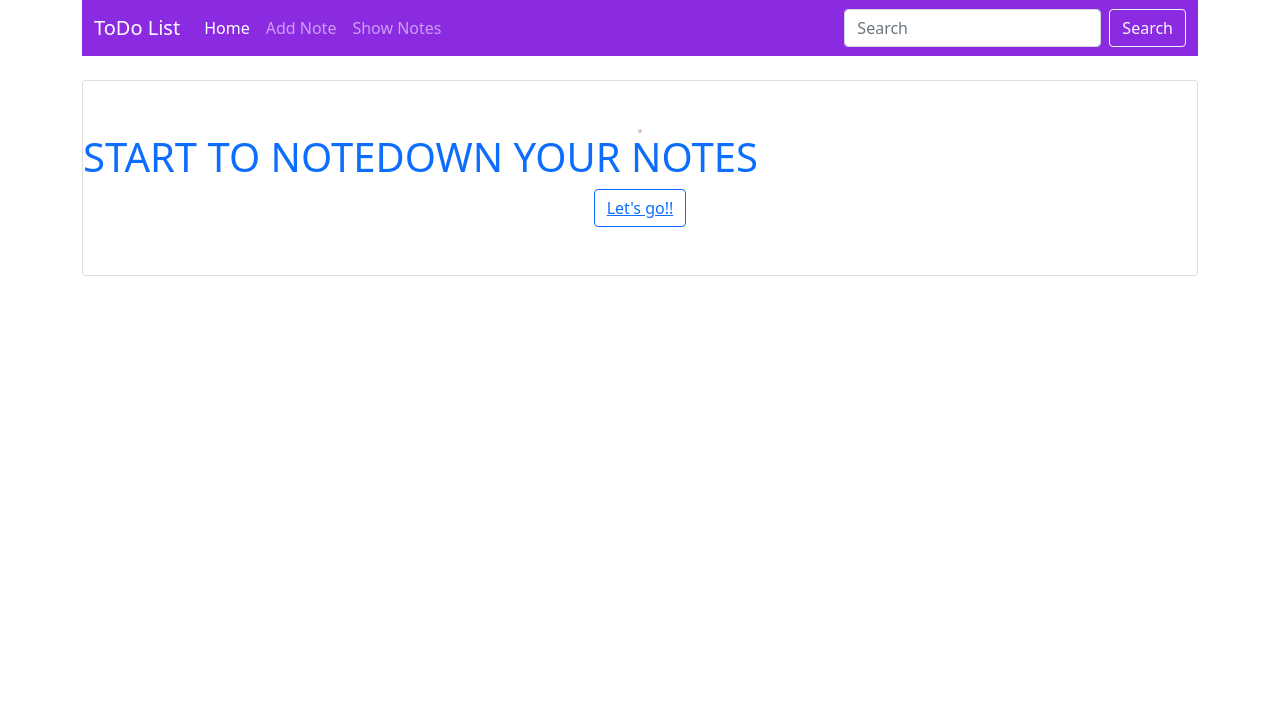
Repository: VishalSalvi17/Hibernate
Page: http://localhost/ToDoList/
The author's editor kept a copy of each file at every save. The page is drawn from the files as they stood at one save, then again after the next save.
The browser window is 1280 px wide. The pictures show the whole page.
Some web libraries are served in a nearby version. The page is served by Tomcat 9.

Above is the page before, as saved 2023-03-17 07:14:50.

After the next save:
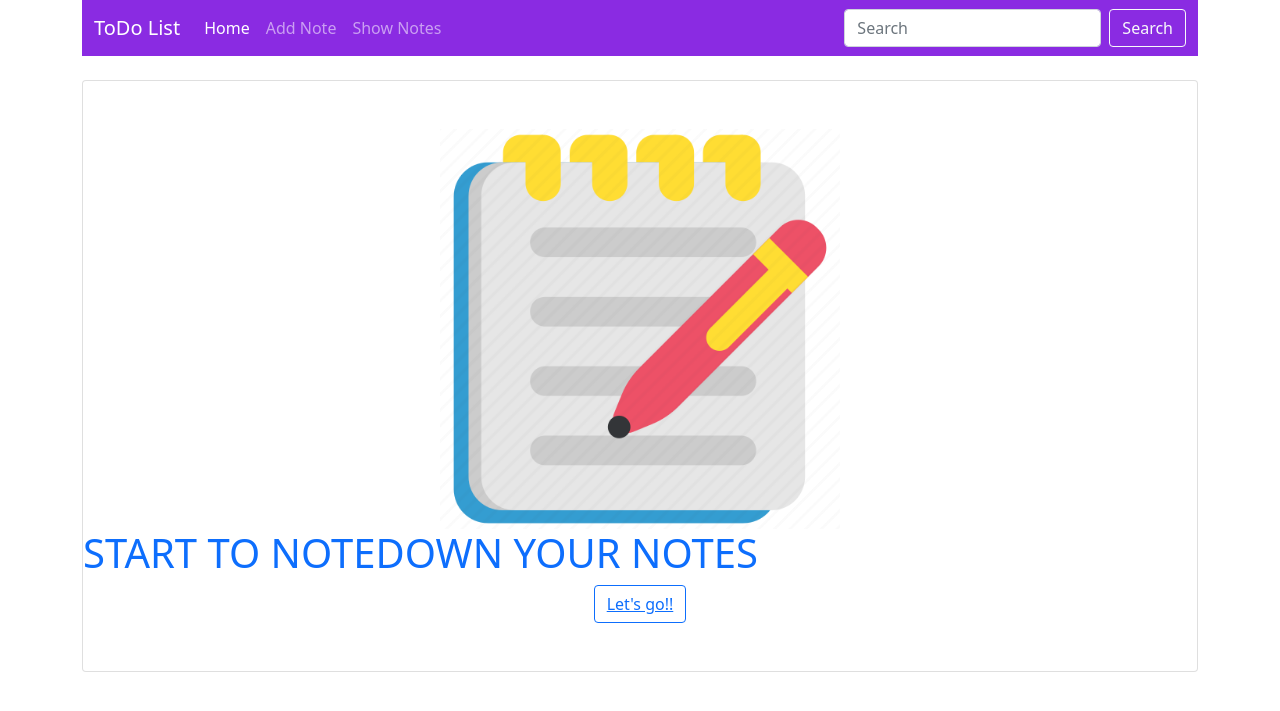
Saved 14 s later.
--- a/ToDoList/src/main/webapp/index.jsp
+++ b/ToDoList/src/main/webapp/index.jsp
@@ -17,7 +17,7 @@
 		<%@include file="navbar.jsp"%>
 		<br>
 		<div class="card py-5">
-		<img alt="" class = "img-fluid mx-auto" width=4px src="img/notebook.webp" >
+		<img alt="" class = "img-fluid mx-auto" width=400px src="img/notebook.webp" >
 		<!-- <i class="fa-solid fa-envelope"></i>-->
 		<h1 class = "text-primary text-uppercase">Start to notedown your notes</h1>
 		<div class="container text-center">
